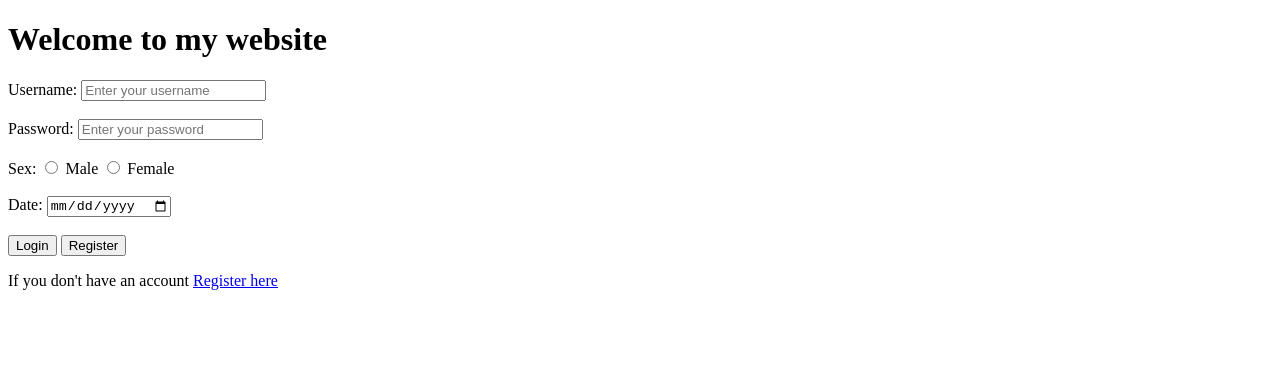
Repository: bao2222/hoc-lam-web
Page: welcome.html
The author's editor kept a copy of each file at every save. The page is drawn from the files as they stood at one save, then again after the next save.
The browser window is 1280 px wide. The pictures show the whole page.

Above is the page before, as saved 2024-12-24 19:33:03.

### welcome.html
<!DOCTYPE html>
<html lang="en">

    <head>
        <meta charset="UTF-8">
        <title>Welcome</title>
        <meta content = "this is my website" name = "description">
        <meta author = "me">




    </head>

    <body>
        <h1>Welcome to my website</h1>
        <header>
            <div>
                <div>
                    <form action="#" method="post">
                        <label for="username">Username:</label>
                        <input type="text" id="username" name="username" placeholder="Enter your username" required><br><br>
                        <label for="password">Password:</label>
                        <input type="password" id="password" name="password" placeholder="Enter your password" required><br><br>
                        <label for="sex">Sex:</label>
                        <input type="radio" id="male" name="sex" value="male">
                        <label for="male">Male</label>
                        <input type="radio" id="female" name="sex" value="female">
                        <label for="female">Female</label><br><br>
                        <label for="date">Date:</label>
                        <input type="date" id="date" name="date"><br><br>
                        <button type="submit">Login</button>
                        <button type="reset">Register</button>

                    </form>
                </div>

                <div>
                    <p>If you don't have an account <a href="register.html">Register here</a></p>
                </div>





            </div>
        </header>
        <main></main>
        <footer></footer>




    </body>





</html>

After the next save:
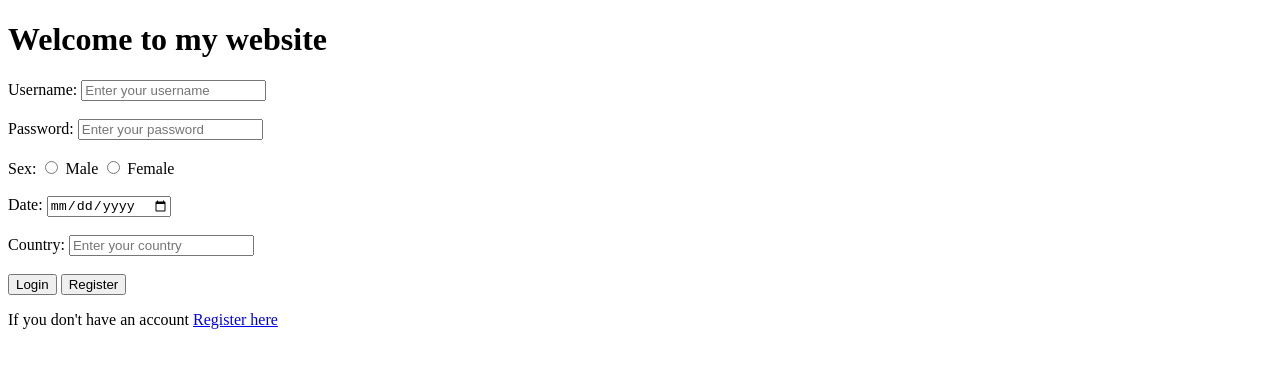
Saved 95 s later.
--- a/welcome.html
+++ b/welcome.html
@@ -29,6 +29,8 @@
                         <label for="female">Female</label><br><br>
                         <label for="date">Date:</label>
                         <input type="date" id="date" name="date"><br><br>
+                        <label for="country">Country:</label>
+                        <input type="text" id="country" name="country" placeholder="Enter your country" required><br><br>
                         <button type="submit">Login</button>
                         <button type="reset">Register</button>
 
